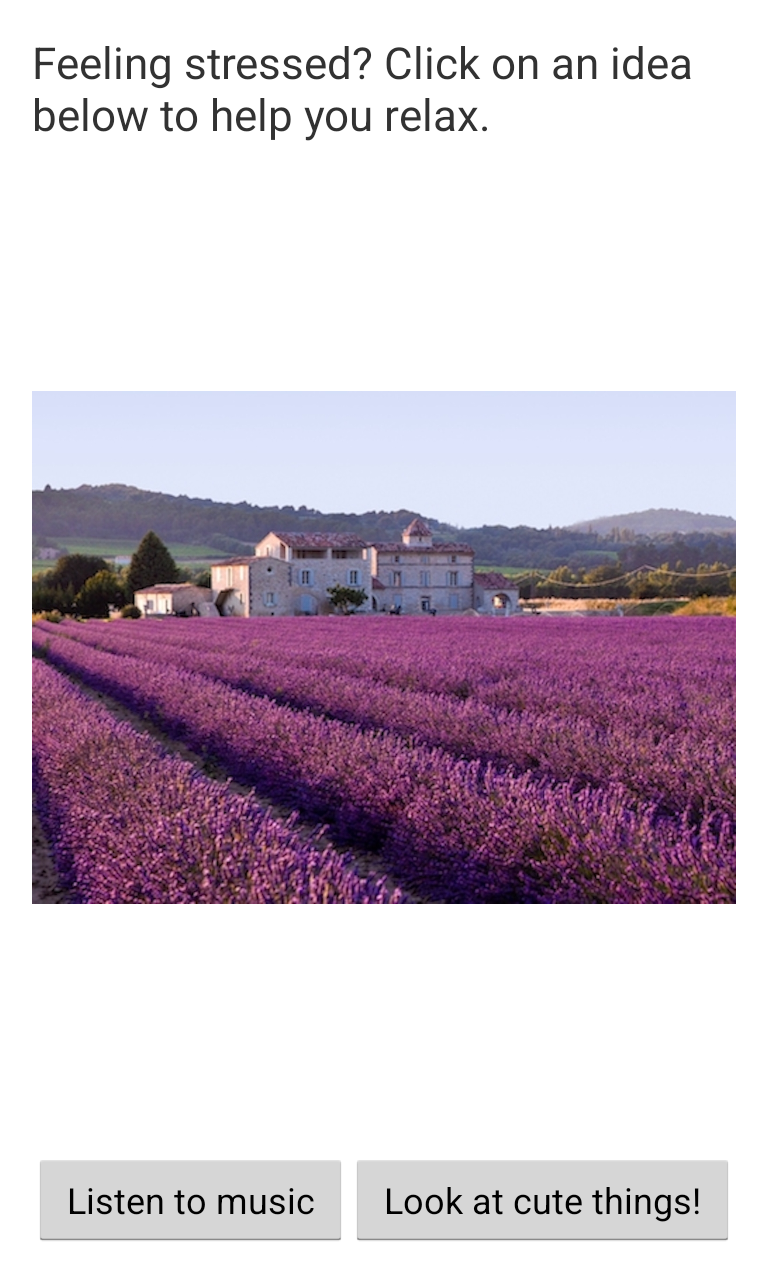
Repository: LSummers33/Apps101
Layout: Self-Care/res/layout/activity_main.xml
The author's editor kept a copy of each file at every save. The layout is drawn from the files as they stood at one save, then again after the next save.
It is drawn on a 768 x 1280 px phone screen (xhdpi) without system bars, with theme AppTheme; the app's code is not run.

Above is the layout before, as saved 2014-01-26 21:25:56.

### Self-Care/res/layout/activity_main.xml

<LinearLayout xmlns:android="http://schemas.android.com/apk/res/android"
    xmlns:tools="http://schemas.android.com/tools"
    android:layout_width="match_parent"
    android:layout_height="match_parent"
    android:paddingBottom="@dimen/activity_vertical_margin"
    android:paddingLeft="@dimen/activity_horizontal_margin"
    android:paddingRight="@dimen/activity_horizontal_margin"
    android:paddingTop="@dimen/activity_vertical_margin"
    android:orientation="vertical"
    tools:context=".MainActivity" >

    <TextView
        android:id="@+id/textView1"
        android:layout_width="wrap_content"
        android:layout_height="wrap_content"
        android:textSize="22sp"
        android:text="@string/hello_world" />

    <ImageView
        android:id="@+id/imageView1"
        android:layout_width="wrap_content"
        android:layout_height="0dp"
        android:layout_weight="1"
        android:contentDescription="@string/image"
        android:src="@drawable/lavender_field" />


<LinearLayout
    	android:layout_width="match_parent"
    	android:layout_height="wrap_content"
    	android:orientation="horizontal">

    <Button
        android:id="@+id/button1"
        android:layout_width="wrap_content"
        android:layout_height="wrap_content"
        android:onClick="listen"
        android:layout_weight="1"
        android:text="@string/button1" />

    <Button
        android:id="@+id/button2"
        android:layout_width="wrap_content"
        android:layout_height="wrap_content"
        android:layout_weight="1"
        android:onClick="cute_pics"
        android:text="@string/button2" />

</LinearLayout>

</LinearLayout>

### Self-Care/res/values/strings.xml
<?xml version="1.0" encoding="utf-8"?>
<resources>

    <string name="app_name">Self-Care</string>
    <string name="action_settings">Settings</string>
    <string name="hello_world">Feeling stressed? Click on an idea
        below to help you relax.</string>
    <string name="button1">Listen to music</string>
    <string name="button2">Look at cute things!</string>
    <string name="title_activity_music">MusicActivity</string>
    <string name="image">Smell the soothing scent of lavender while you
        relax and listen to the music.</string>

</resources>

Loaded but not shown: Self-Care/res/values/styles.xml (common file); Self-Care/res/values-v11/styles.xml (common file); Self-Care/res/values-v14/styles.xml (common file); Self-Care/res/values/dimens.xml (common file)

After the next save:
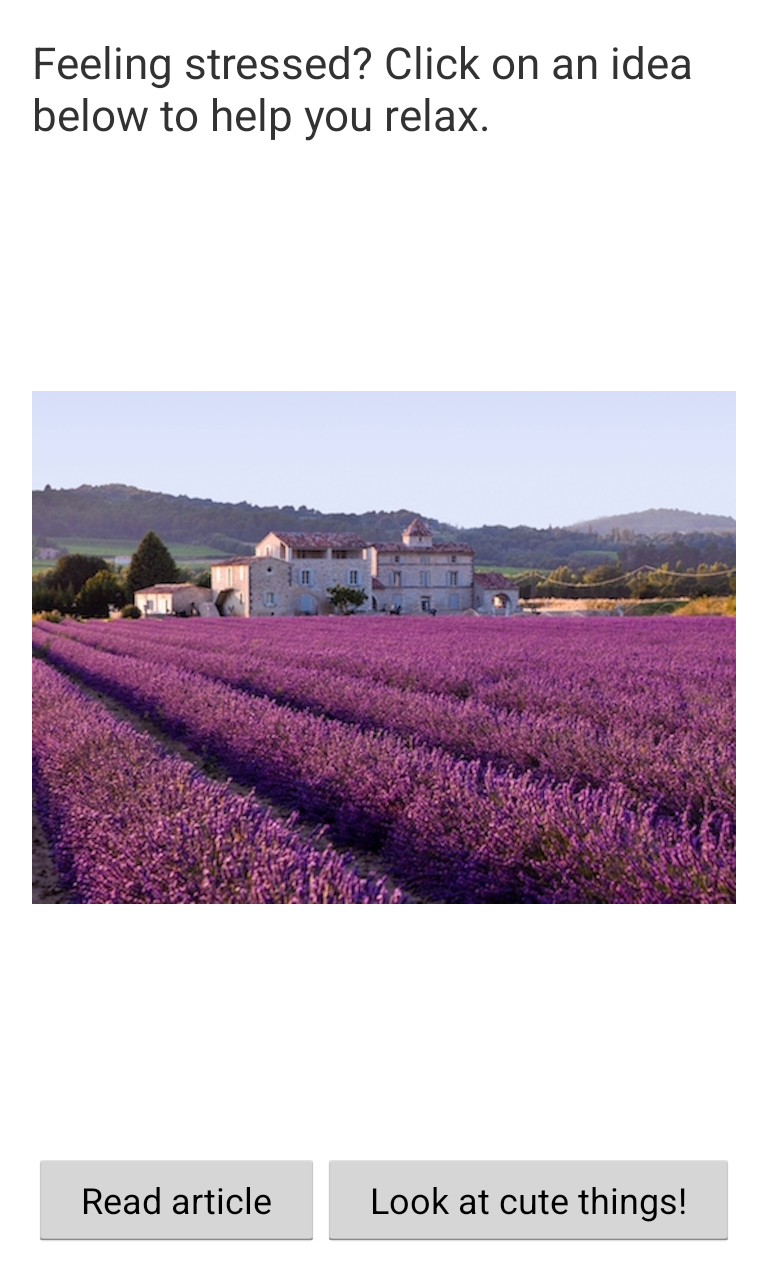
Saved 3 min 11 s later.
--- a/Self-Care/res/values/strings.xml
+++ b/Self-Care/res/values/strings.xml
@@ -5,7 +5,7 @@
     <string name="action_settings">Settings</string>
     <string name="hello_world">Feeling stressed? Click on an idea
         below to help you relax.</string>
-    <string name="button1">Listen to music</string>
+    <string name="button1">Read article</string>
     <string name="button2">Look at cute things!</string>
     <string name="title_activity_music">MusicActivity</string>
     <string name="image">Smell the soothing scent of lavender while you
